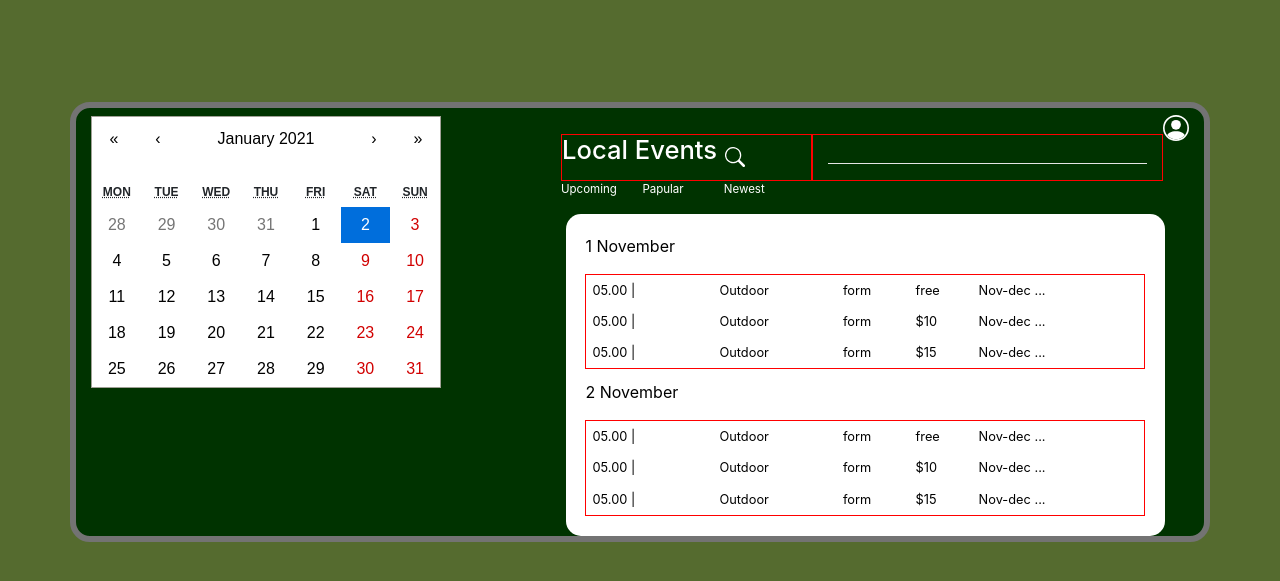
Repository: lalji-yadav/Calendar-code
Page: /
An editor plug-in stored every save of this project. The page is shown before and after the next save, followed by the edit.
The browser window is 1280 px wide. The pictures show the whole page.
The project was rebuilt for these pictures with package versions that can differ from the ones it lists, and the page was loaded fresh each time. Also part of the build but not shown: src/App.css.

Above is the page before, as saved 2021-01-04 11:17:08.

After the next save:
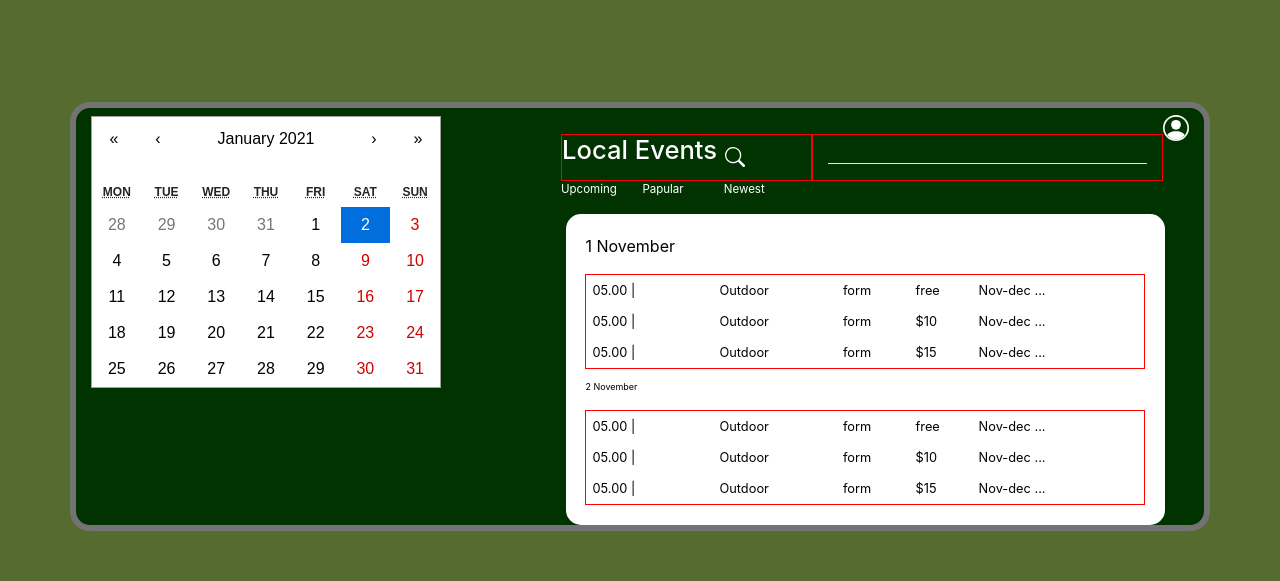
Saved 20 s later.
--- a/src/calendar/Home.js
+++ b/src/calendar/Home.js
@@ -82,7 +82,7 @@ function Home() {
                     </tbody>
                   </table>
 
-                  <p style={{paddingTop:"2%"}}> 2 November </p>
+                  <p style={{paddingTop:"2%", fontSize:"0.7vw"}}> 2 November </p>
                   <table  style={{width:"100%", fontSize:"1vw", border:"1px solid red"}}>
 
                     <tbody>
